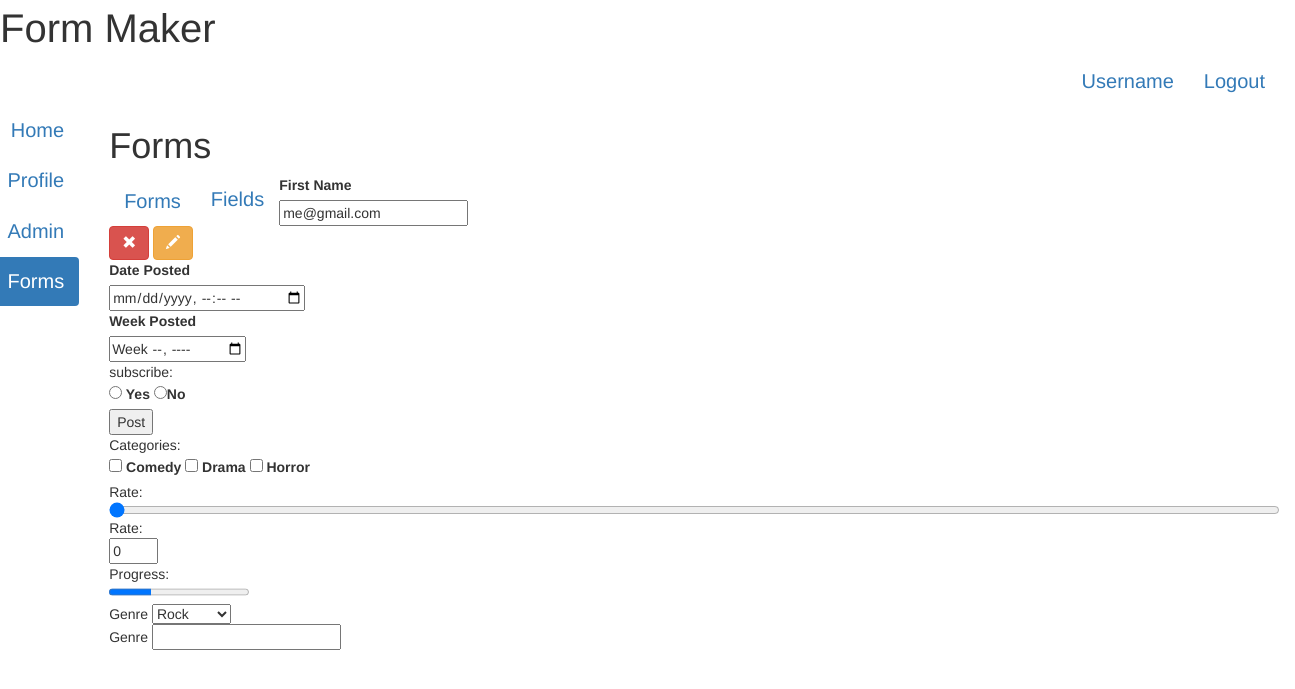
Repository: dishant8/Web-development
Page: public/WebDevWorkspace/Assignment1/WebContent/Css/Bootstrap/form-fields.html
An editor plug-in stored every save of this project. The page is shown before and after the next save, followed by the edit.
The browser window is 1280 px wide. The page is 1295 px wide, so the pictures cover 1295 px, including what lies to the right of the window. The pictures show the whole page.

Above is the page before, as saved 2015-10-03 19:45:09.

After the next save:
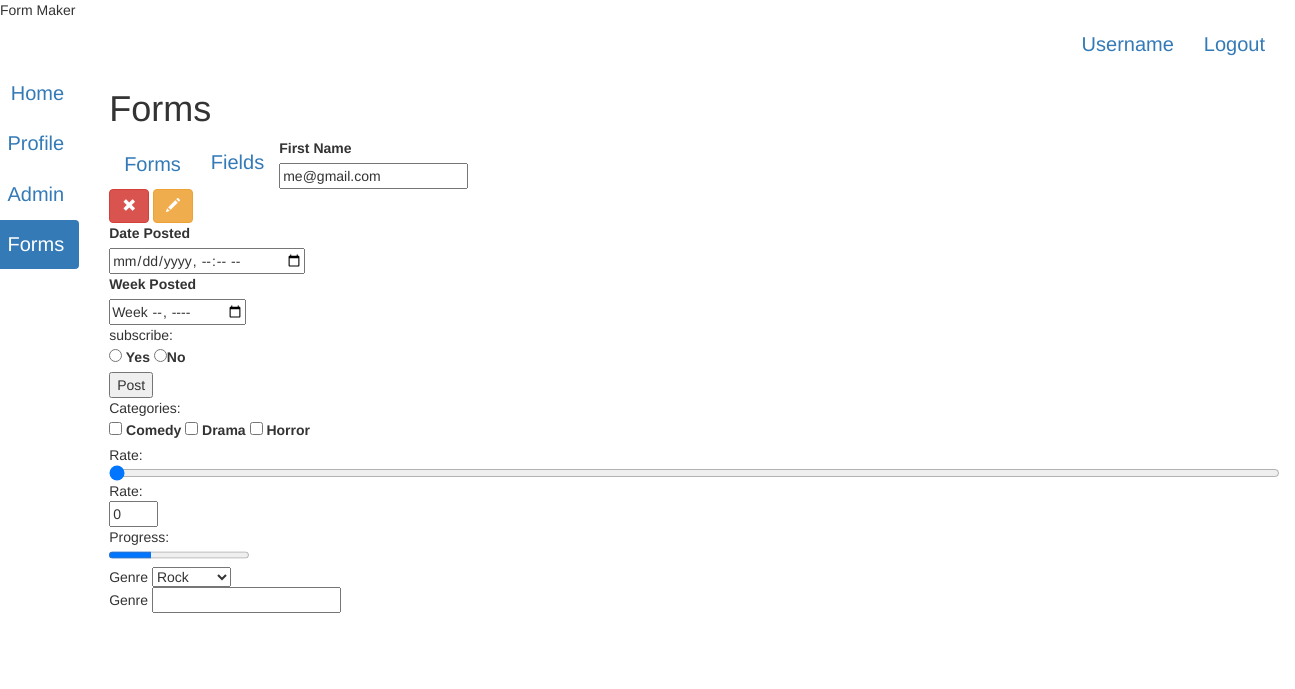
Saved 18 s later.
--- a/public/WebDevWorkspace/Assignment1/WebContent/Css/Bootstrap/form-fields.html
+++ b/public/WebDevWorkspace/Assignment1/WebContent/Css/Bootstrap/form-fields.html
@@ -14,13 +14,12 @@
 <body>
 	<div>
 		<div>
-			<header id="form">
 				<span>Form Maker</span>
 				<ul class="nav nav-pills">
 					<li id="logout" role="presentation"><a href="login.html">Logout</a></li>
 					<li id="username" role="presentation"><a href="profile.html">Username</a></li>
 				</ul>
-			</header>
+
 		</div>
 
 

After the 2 saves that followed:
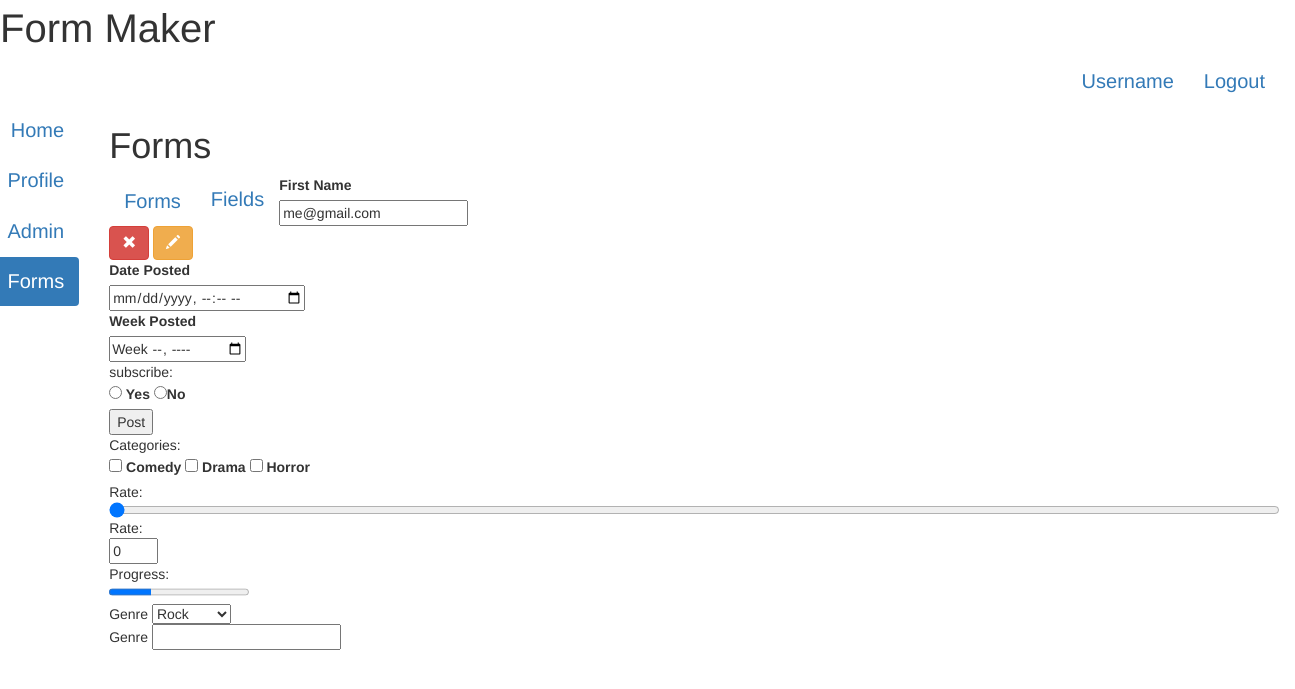
The 2 saves are shown as one change because 1 left the picture as it was.
The last was saved 33 s later.
--- a/public/WebDevWorkspace/Assignment1/WebContent/Css/Bootstrap/form-fields.html
+++ b/public/WebDevWorkspace/Assignment1/WebContent/Css/Bootstrap/form-fields.html
@@ -14,7 +14,7 @@
 <body>
 	<div>
 		<div>
-				<span>Form Maker</span>
+				<span id="formMaker">Form Maker</span>
 				<ul class="nav nav-pills">
 					<li id="logout" role="presentation"><a href="login.html">Logout</a></li>
 					<li id="username" role="presentation"><a href="profile.html">Username</a></li>
--- a/public/WebDevWorkspace/Assignment1/WebContent/Css/Bootstrap/style.css
+++ b/public/WebDevWorkspace/Assignment1/WebContent/Css/Bootstrap/style.css
@@ -12,7 +12,7 @@ padding="10px";
 	font-size :15px;
 }
 
-#form{
+#formMaker{
 		font-size: 40px;
 	}
 
